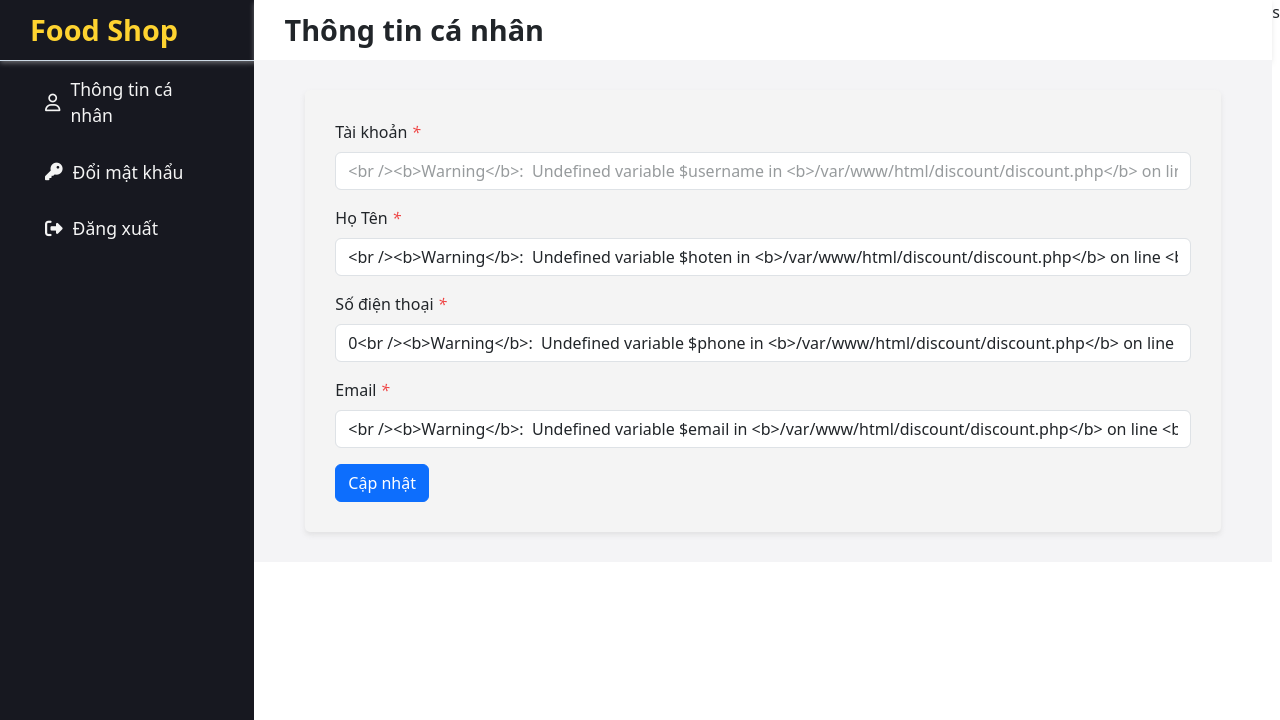
Repository: TuanAnhNguyen723/Restaurant-Projects
Page: http://localhost/discount/discount.php
These files come from the project's save history. The page is drawn as it stood at one moment and after the next save; the edit follows.
The browser window is 1280 px wide. The pictures show the whole page.
The page is run by PHP 8.4 with error messages shown; the project is at /var/www/html/.

Above is the page before, as saved 2024-06-12 00:39:01.

### discount/discount.php
<!DOCTYPE html>

<?php
 include 'ConnectDb.php';
 $role = isset($_SESSION['roleAccount']) ? $_SESSION['roleAccount'] : 'guest';
?>

<html lang="en">
  <head>
    <meta charset="UTF-8" />
    <meta name="viewport" content="width=device-width, initial-scale=1.0" />
    <title>Document</title>
    <link rel="stylesheet" href="./discount.css" />
    <link
      href="https://cdn.jsdelivr.net/npm/bootstrap@5.3.3/dist/css/bootstrap.min.css"
      rel="stylesheet"
      integrity="sha384-QWTKZyjpPEjISv5WaRU9OFeRpok6YctnYmDr5pNlyT2bRjXh0JMhjY6hW+ALEwIH"
      crossorigin="anonymous"
    />
    <link
      rel="stylesheet"
      href="https://cdnjs.cloudflare.com/ajax/libs/font-awesome/6.4.2/css/all.min.css"
    />
  </head>
  <body>
    <nav class="dashboard">
      <div class="header">
        <a href="../View/main.php">Food Shop</a>
      </div>

      <div class="menu">
        <a href="../Dashboard/info.php" class="active ">
          <i class="fa-regular fa-user"></i>
          <span>Thông tin cá nhân</span>
        </a>

        <a href="../Thongke/thongke.php" class="active admin-only">
        <i class="fa-regular fa-user"></i>
        <span>Thống kê</span>
      </a>

      <a style="background-color: #3b82f6"  href="../discount/discount.php" class="active admin-only">
          <i class="fa-regular fa-user"></i>
          <span>Quản lý mã giảm giá</span>
        </a>

      <a  href="../quanlysanpham/quanly.php" class="active admin-only">
        <i class="fa-regular fa-user"></i>
        <span>Quản lý sản phẩm</span>
      </a>

      <a href="../quanlytaikhoan/qltk.php" class="active admin-only">
        <i class="fa-regular fa-user"></i>
        <span>Quản lý tài khoản</span>
      </a>

        <a href="../ChangePass/changepass.php" class="active">
          <i class="fa-solid fa-key"></i>
          <span>Đổi mật khẩu</span>
        </a>
        <a href="../index.html" class="active">
          <i class="fa-solid fa-right-from-bracket"></i>
          <span>Đăng xuất</span>
        </a>
      </div>
    </nav>

    <main class="main-dashboard">
      <div class="dashboard-title">Thông tin cá nhân</div>
      <main class="page">
        <div class="box-dashboard">
          <form method="post">
            <div class="mb-3">
              <label for="exampleInputTaiKhoan" class="form-label">
                Tài khoản
                <i class="text-red">*</i>
              </label>
              <input
                type="text"
                name ="username"
                class="form-control no-pointer-events"
                id="exampleInputTaiKhoan"
                value="<?php echo ($username); ?>"
              />
            </div>
            <div class="mb-3">
              <label for="exampleInputHoTen1" class="form-label"
                >Họ Tên
                <i class="text-red">*</i>
              </label>
              <input
                type="text"
                name="hoten"
                class="form-control"
                id="exampleInputHoTen1"
                value="<?php echo ($hoten); ?>"
              />
            </div>

            <div class="mb-3">
              <label for="exampleInputHoTen1" class="form-label"
                >Số điện thoại
                <i class="text-red">*</i>
              </label>
              <input
                type="text"
                name="phone"
                class="form-control"
                id="exampleInputHoTen1"
                value="0<?php echo ($phone); ?>"
              />
            </div>

            <div class="mb-3">
              <label for="exampleInputEmail1" class="form-label">
                Email
                <i class="text-red">*</i>
              </label>
              <input
                type="email"
                name="email"
                class="form-control"
                id="exampleInputEmail1"
                aria-describedby="emailHelp"
                value="<?php echo ($email); ?>"
              />
            </div>

            <button type="submit" class="btn btn-primary">Cập nhật</button>
          </form>
        </div>
      </main>
    </main>
  </body>
  <script>
    // PHP injects the role of the current user
    const userRole = '<?php echo $role; ?>';

    // JavaScript to show/hide elements based on role
    document.addEventListener('DOMContentLoaded', () => {

  if (userRole !== 'admin') {
    console.log(111)
    document.querySelectorAll('.admin-only').forEach(el => el.style.display = 'none');
  }

  if (userRole !== 'user') {
    console.log(111)
    document.querySelectorAll('.user-only').forEach(el => el.style.display = 'none');
  }
});
  </script>
</html>
s

### discount/ConnectDb.php
<?php
session_start();
include '../config.php';


// Kiểm tra xem form có được submit hay không
if ($_SERVER["REQUEST_METHOD"] == "POST") {
    $username = $_POST['username'];
    $email = $_POST['email'];
    $phone = $_POST['phone'];
    $hoten = $_POST['hoten'];

    // Cập nhật dữ liệu vào cơ sở dữ liệu
    $sql = "UPDATE account SET Email='$email', Phone='$phone', HoTen='$hoten' WHERE Username='$username'";

    if ($conn->query($sql) === TRUE) {
      echo "<script>alert('Registered successfully'); </script>";
    } else {
      echo "<script>alert('Registered Failed');  </script>" . $conn->error;
    }
  }


//
    if(isset($_SESSION['user_id'])) {
        // Lấy ID người dùng từ session
        $user_id = $_SESSION['user_id'];

    $sql = "SELECT Username, Email, Phone, HoTen FROM account WHERE ID='$user_id'";
    $result = $conn->query($sql);

    if ($result->num_rows > 0) {
        $row = $result->fetch_assoc();
        $username = $row['Username'];
        $email = $row['Email'];
        $phone = $row['Phone'];
        $hoten = $row['HoTen'];
    } else {
        $username = $email = $phone = $hoten = '';
        echo "No results found.";
    }
    }
  $conn->close();
?>

### config.php
<?php
define('DB_SERVER', 'localhost');
define('DB_USERNAME', 'root');
define('DB_PASSWORD', '');
define('DB_NAME', 'webfooddb');

$conn = mysqli_connect(DB_SERVER, DB_USERNAME, DB_PASSWORD, DB_NAME);



if($conn === false){
    die("ERROR: Could not connect. " . mysqli_connect_error());
}
?>

### discount/discount.css
@import url("https://fonts.googleapis.com/css2?family=Poppins:wght@100;200;300;400;500;600;700;800;900&family=Roboto:ital,wght@0,400;0,700;1,500&family=Rubik:wght@300;400;500;600&display=swap");
:root {
  --primary-color: #fed330;
  --secondary-color: #ff2525;
  --white-color: #ffffff; /* Sửa tên biến thành white-color */
  --light-color: #f4f4f4;
  --grey-color: #979b9d;
  --dark-color: #171820;

  --trans-back-co: background-color 0.3s, color 0.3s;
  --trans-co: color 0.3s;
}
.no-pointer-events {
  pointer-events: none !important;
  color: #979b9d !important;
  cursor: not-allowed !important;

}

html {
  scroll-behavior: smooth;
}

* {
  margin: 0;
  padding: 0;
  text-decoration: none;
}

*,
::before,
::after {
  box-sizing: border-box;
}

body {
  font-family: "Rubik", sans-serif;
  font-size: 16px;
  font-weight: 400;
  line-height: 1.8;
  color: var(--dark-color);
  background-color: var(--white-color);
}

body {
  display: flex;
}

.dashboard {
  width: 20%;
  background-color: var(--dark-color);
  height: 100vh;
}
.main-dashboard {
  width: 80%;
}

.header {
  width: 100%;
  border-bottom: 1px solid #cde1f5;
}

.header a {
  color: var(--primary-color);
  text-decoration: none;
  width: 100%;
  padding: 0 30px;
  display: flex;
  align-items: center;
  height: 60px;
  font-size: 1.8em;
  font-weight: 600;
  box-shadow: 0px 3px 5px 0px rgba(204, 204, 204, 0.4509803922);
}

.menu {
  display: flex;
  flex-direction: column;
  margin-left: 30px;
  width: 80%;
}

.menu a {
  text-decoration: none;
  border-radius: 10px;
  transition: all 0.2s;
  display: flex;
  align-items: center;
  padding: 10px;
  color: #f4f4f4;
  font-size: 1.1em;
  gap: 10px;
  margin: 5px;
}

.menu a:hover {
  transform: translateX(10px);
  transform: translateY(-5px);
  background-color: #3b82f6;
  box-shadow: -4px 4px 0px 0px rgba(4, 142, 255, 0.2);
}

.page {
  background-color: #f4f4f6;
  padding: 30px 5%;
}

.box-dashboard {
  box-sizing: border-box;
  padding: 30px;
  background-color: #f4f4f4;
  box-shadow: 0px 3px 5px 0px rgba(204, 204, 204, 0.4509803922);
  border-radius: 5px;
}

.dashboard-title {
  width: 100%;
  padding: 0 30px;

  display: flex;
  align-items: center;
  height: 60px;
  font-size: 1.8em;
  font-weight: 600;
  box-shadow: 0px 3px 5px 0px rgba(204, 204, 204, 0.4509803922);
  background-color: #fff;
}

.text-red {
  color: #ef4444;
}

After the next save:
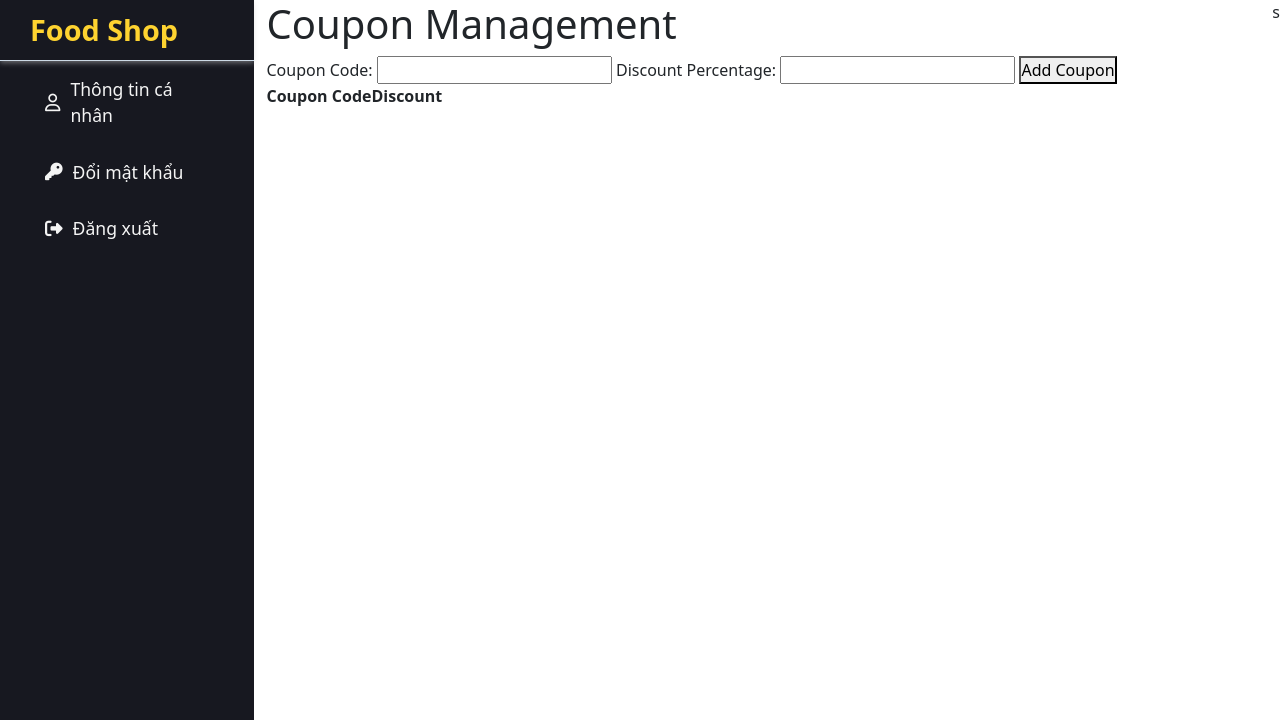
Saved 11 min 50 s later.
--- a/discount/discount.php
+++ b/discount/discount.php
@@ -66,70 +66,32 @@
     </nav>
 
     <main class="main-dashboard">
-      <div class="dashboard-title">Thông tin cá nhân</div>
-      <main class="page">
-        <div class="box-dashboard">
-          <form method="post">
-            <div class="mb-3">
-              <label for="exampleInputTaiKhoan" class="form-label">
-                Tài khoản
-                <i class="text-red">*</i>
-              </label>
-              <input
-                type="text"
-                name ="username"
-                class="form-control no-pointer-events"
-                id="exampleInputTaiKhoan"
-                value="<?php echo ($username); ?>"
-              />
-            </div>
-            <div class="mb-3">
-              <label for="exampleInputHoTen1" class="form-label"
-                >Họ Tên
-                <i class="text-red">*</i>
-              </label>
-              <input
-                type="text"
-                name="hoten"
-                class="form-control"
-                id="exampleInputHoTen1"
-                value="<?php echo ($hoten); ?>"
-              />
-            </div>
+    <div class="container">
+        <h1>Coupon Management</h1>
+        <div class="form-container">
+            <form id="couponForm">
+                <label for="code">Coupon Code:</label>
+                <input type="text" id="code" required>
+                <label for="discount">Discount Percentage:</label>
+                <input type="number" id="discount" required>
+                <button type="submit">Add Coupon</button>
+            </form>
+        </div>
+        <div class="table-container">
+            <table id="couponTable">
+                <thead>
+                    <tr>
+                        <th>Coupon Code</th>
+                        <th>Discount</th>
+                    </tr>
+                </thead>
+                <tbody>
+                    <!-- Rows will be added here dynamically -->
+                </tbody>
+            </table>
+        </div>
+    </div>
 
-            <div class="mb-3">
-              <label for="exampleInputHoTen1" class="form-label"
-                >Số điện thoại
-                <i class="text-red">*</i>
-              </label>
-              <input
-                type="text"
-                name="phone"
-                class="form-control"
-                id="exampleInputHoTen1"
-                value="0<?php echo ($phone); ?>"
-              />
-            </div>
-
-            <div class="mb-3">
-              <label for="exampleInputEmail1" class="form-label">
-                Email
-                <i class="text-red">*</i>
-              </label>
-              <input
-                type="email"
-                name="email"
-                class="form-control"
-                id="exampleInputEmail1"
-                aria-describedby="emailHelp"
-                value="<?php echo ($email); ?>"
-              />
-            </div>
-
-            <button type="submit" class="btn btn-primary">Cập nhật</button>
-          </form>
-        </div>
-      </main>
     </main>
   </body>
   <script>
